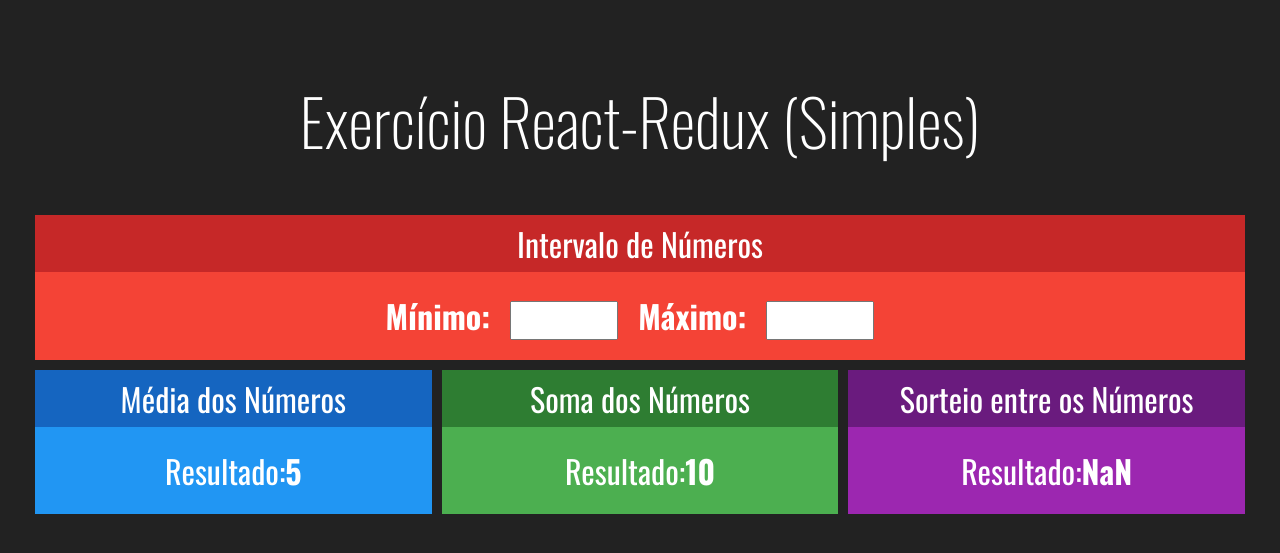
Repository: WellysonP/testando-react-redux
Page: /
The author's editor kept a copy of each file at every save. The page is drawn from the files as they stood at one save, then again after the next save.
The browser window is 1280 px wide. The pictures show the whole page.
The project was rebuilt for these pictures with package versions that can differ from the ones it lists, and the page was loaded fresh each time.

Above is the page before, as saved 2023-01-12 19:07:08.

After the next save:
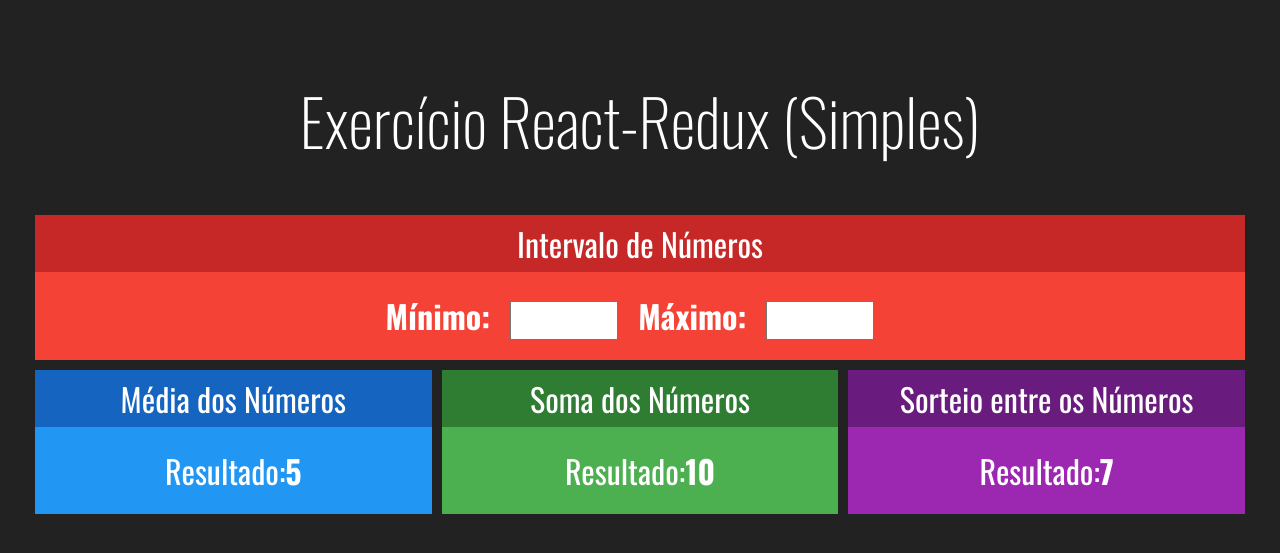
Saved 5 s later.
--- a/src/components/Sorteio.jsx
+++ b/src/components/Sorteio.jsx
@@ -8,7 +8,7 @@ export default props => {
             <div>
                 <span>
                     <span>Resultado:</span>
-                    <strong>{aleatorio}</strong>
+                    <strong>7</strong>
                 </span>
             </div>
         </Card>
